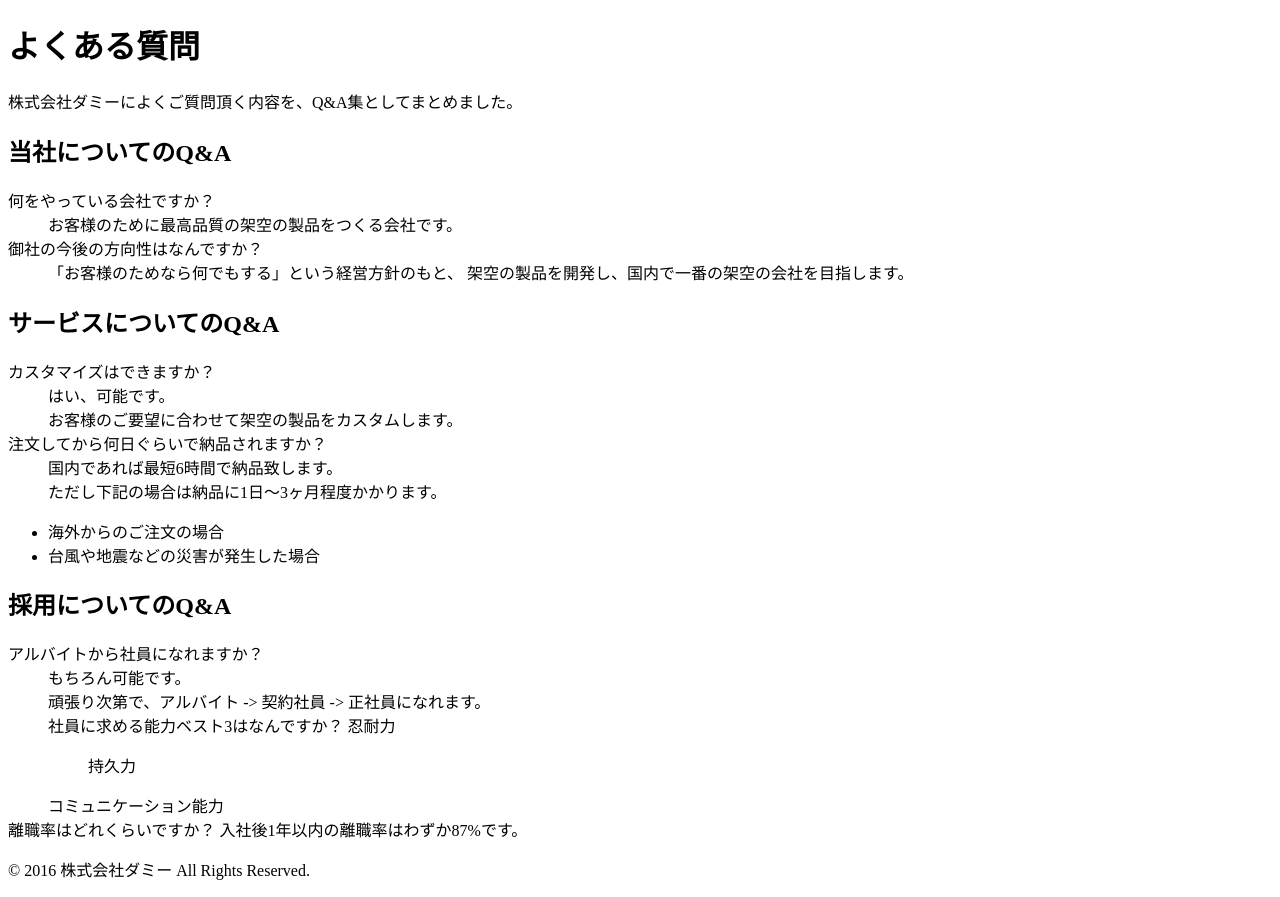
Repository: winc1980/practice-hp2022-wednesday
Page: ruka/practice1.html
An editor plug-in stored every save of this project. The page is shown before and after the next save, followed by the edit.
The browser window is 1280 px wide. The pictures show the whole page.

Above is the page before, as saved 2022-05-26 00:30:12.

After the next save:
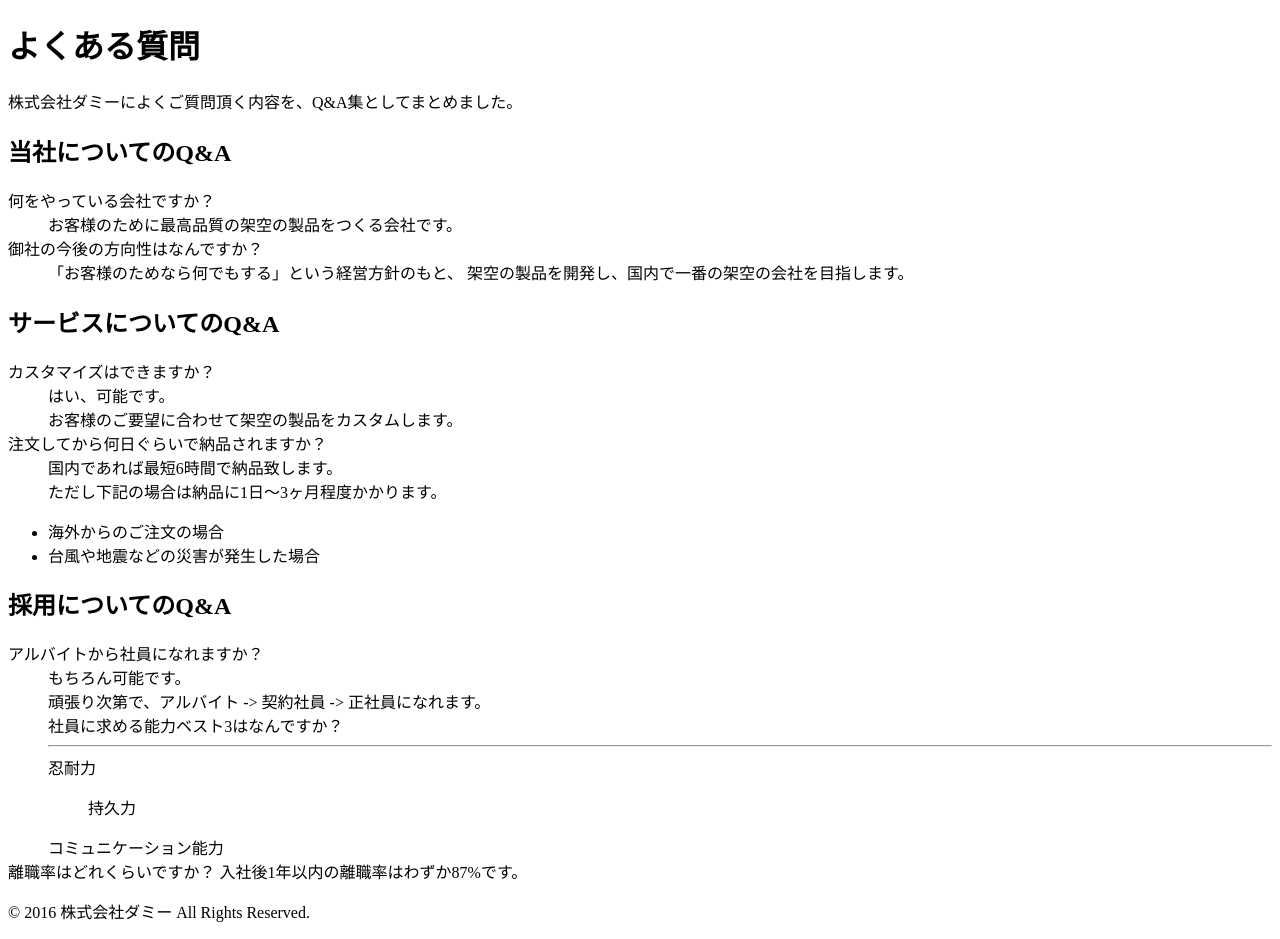
Saved 4 s later.
--- a/ruka/practice1.html
+++ b/ruka/practice1.html
@@ -58,7 +58,7 @@
 <dd>
 社員に求める能力ベスト3はなんですか？
 
-<h>忍耐力</h>
+<hr>忍耐力</hr>
 <ol>持久力</ol>
 <l>コミュニケーション能力</l>
 </dd>

After the 2 saves that followed:
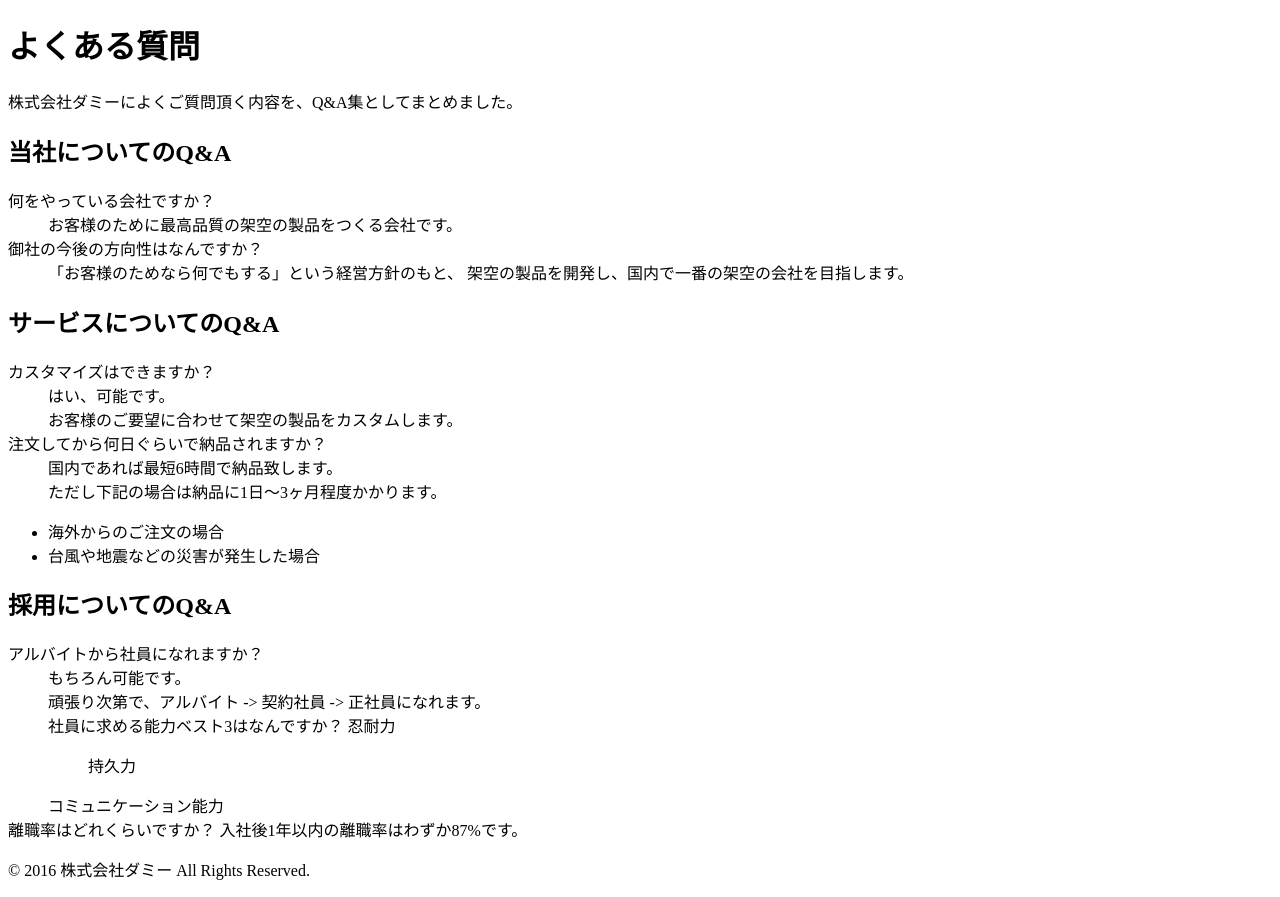
The 2 saves are shown as one change because they came seconds apart.
The last was saved 7 s later.
--- a/ruka/practice1.html
+++ b/ruka/practice1.html
@@ -58,7 +58,7 @@
 <dd>
 社員に求める能力ベスト3はなんですか？
 
-<hr>忍耐力</hr>
+<c>忍耐力</c>
 <ol>持久力</ol>
 <l>コミュニケーション能力</l>
 </dd>
